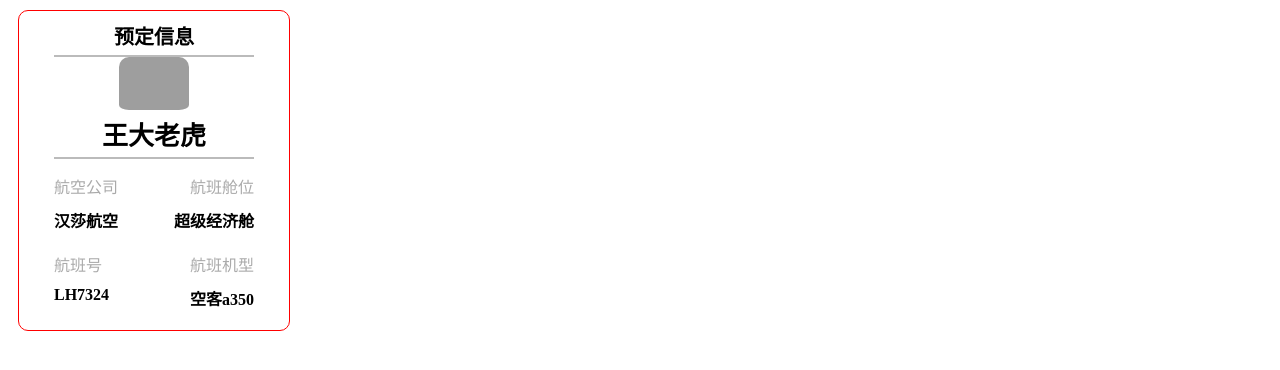
Repository: xzm1997/react-learning
Page: /
These files come from the project's save history. The page is drawn as it stood at one moment and after the next save; the edit follows.
The browser window is 1280 px wide. The pictures show the whole page.
Pictures or frames that could not be fetched are drawn as grey boxes. The project was rebuilt for these pictures with package versions that can differ from the ones it lists, and the page was loaded fresh each time.

Above is the page before, as saved 2023-01-31 11:05:18.

### src/index.js
import React from 'react';
import ReactDOM from 'react-dom/client';
import './index.css';

export function UserInfo(props) {
  return (
    <div className='userInfo'>
      <img
        src='https://img1.baidu.com/it/u=2017107515,121176475&fm=253&fmt=auto&app=138&f=JPEG?w=500&h=500'
        alt='ava'
        className='ava'
      ></img>
      <div className='userName'>{props.userName}</div>
    </div>
  )
}

export function InfoShow(props) {
  return (
    <div className='infoShow'>
      <div className='bookTitle'>{props.title}</div>
      <div className='bookContent'>{props.content}</div>
    </div>
  )
}

export function BookInfo(props) {
  return (
    <div className='contentDisplay'>
      <div className='totalTitle'>预定信息</div>
      <UserInfo userName={props.userName} />
      <div className='infoDisplay'>
        <div className='infoItem leftSide'>
          <InfoShow title='航空公司' content={props.ticketInfo.airline}/>
          <InfoShow title='航班号' content={props.ticketInfo.flightNum}/>
        </div>
        <div className='infoItem rightSide'>
          <InfoShow title='航班舱位' content={props.ticketInfo.level}/>
          <InfoShow title='航班机型' content={props.ticketInfo.plane}/>
        </div>
      </div>
    </div>
    )
}

export function Root() {
  const userName = '王大老虎';
  const ticketInfo = {
    airline : '汉莎航空',
    flightNum : 'LH7324',
    level : '超级经济舱',
    plane : '空客a350'
  }
  return (
    <div>
      <BookInfo
        userName={userName}
        ticketInfo={ticketInfo}
      />
    </div>
  )
}

// ========================================

const root = ReactDOM.createRoot(document.getElementById("root"));
root.render(<Root />);

### src/index.css
.contentDisplay {
  width: 250px;
  border: solid 1px red;
  border-radius: 10px;
  padding:10px;
  margin: 10px;
  display: flex;
  flex-direction: column;
  align-items: center;
}

.userInfo {
  display: flex;
  flex-direction: column;
  align-items: center;
  width: 200px;
  padding-bottom: 5px;
  border-bottom: solid 2px #bbb;
}

.ava {
  width: 70px;
  border-radius: 10px;
  padding-bottom: 5px;
}

.userName {
  font-weight: 700;
  font-size: 26px;
}

.bookTitle {
  color: #aaa;
}

.totalTitle {
  font-size: 20px;
  font-weight: 700;
  text-align: center;
  width: 200px;
  padding-bottom: 5px;
  border-bottom: solid 2px #bbb;
}

.bookContent {
  font-weight: 700;
}

.infoShow {
  padding: 5px;
}

.bookTitle {
  padding: 5px;
}

.bookContent {
  padding: 5px;
}

.infoDisplay {
  display: flex;
  padding-top: 5px;
}

.infoItem {
  width: 110px;
}

.rightSide {
  text-align: right;
}

Loaded but not shown: public/index.html (common file)

After the next save:
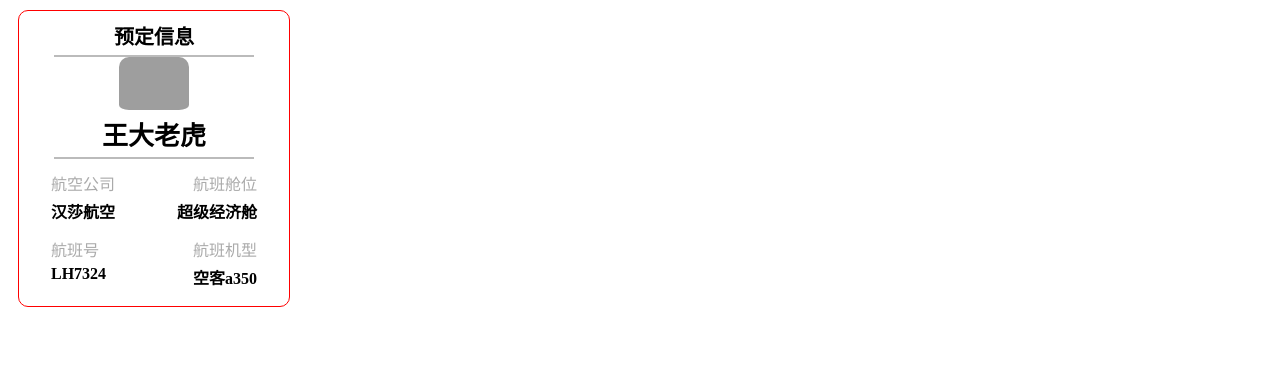
Saved 7 s later.
--- a/src/index.css
+++ b/src/index.css
@@ -51,11 +51,11 @@
 }
 
 .bookTitle {
-  padding: 5px;
+  padding: 2px;
 }
 
 .bookContent {
-  padding: 5px;
+  padding: 2px;
 }
 
 .infoDisplay {
